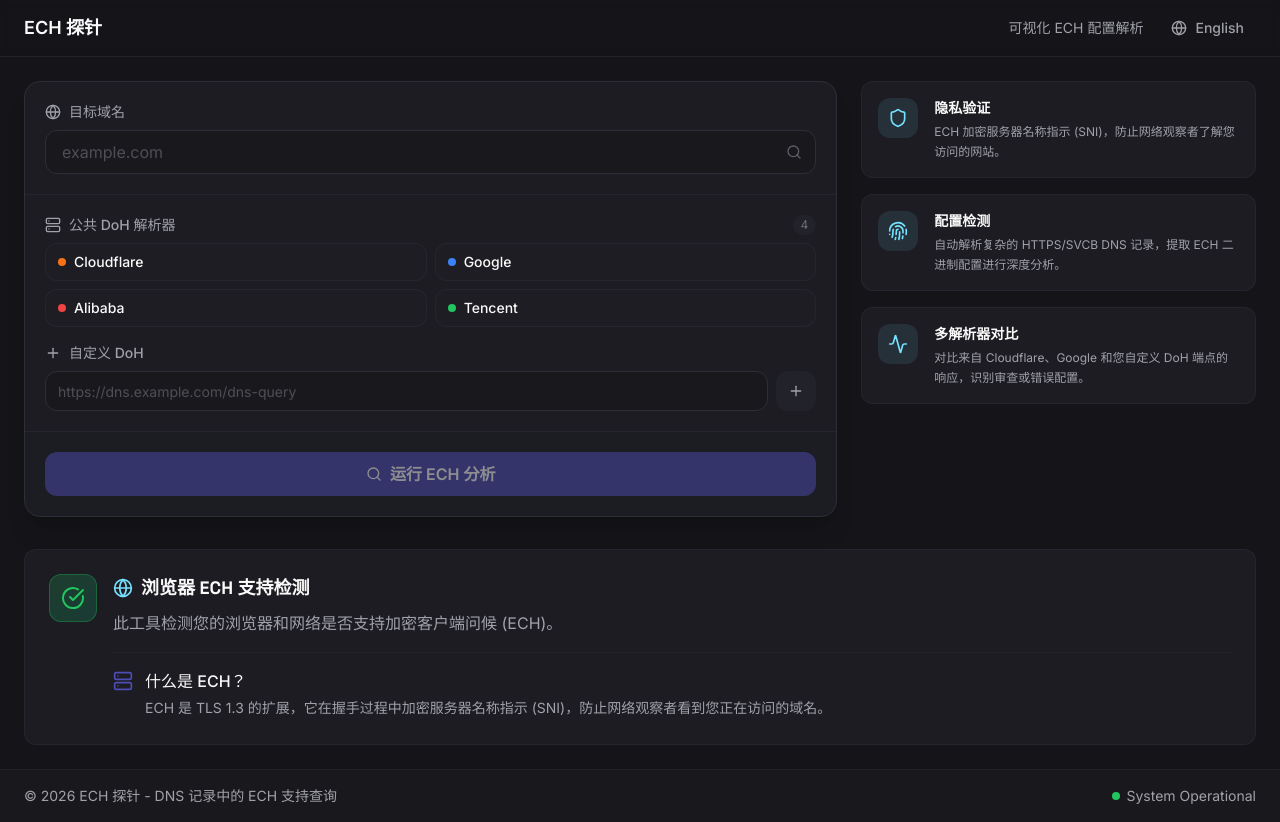
Repository: coolapijust/Ech-probe
Page: /
These files come from the project's save history. The page is drawn as it stood at one moment and after the next save; the edit follows.
The browser window is 1280 px wide. The pictures show the whole page.
The project was rebuilt for these pictures with package versions that can differ from the ones it lists, and the page was loaded fresh each time. The framework's server and built-in components were replaced by stand-ins that run in the browser. Also part of the build but not shown: next.config.mjs, src/components/ui/card.tsx, src/components/ui/table.tsx, src/components/ui/badge.tsx, src/components/ui/label.tsx, src/components/ECHProbe/ResultsDisplay.tsx.

Above is the page before, as saved 2026-03-13 20:09:56.

After the next save:
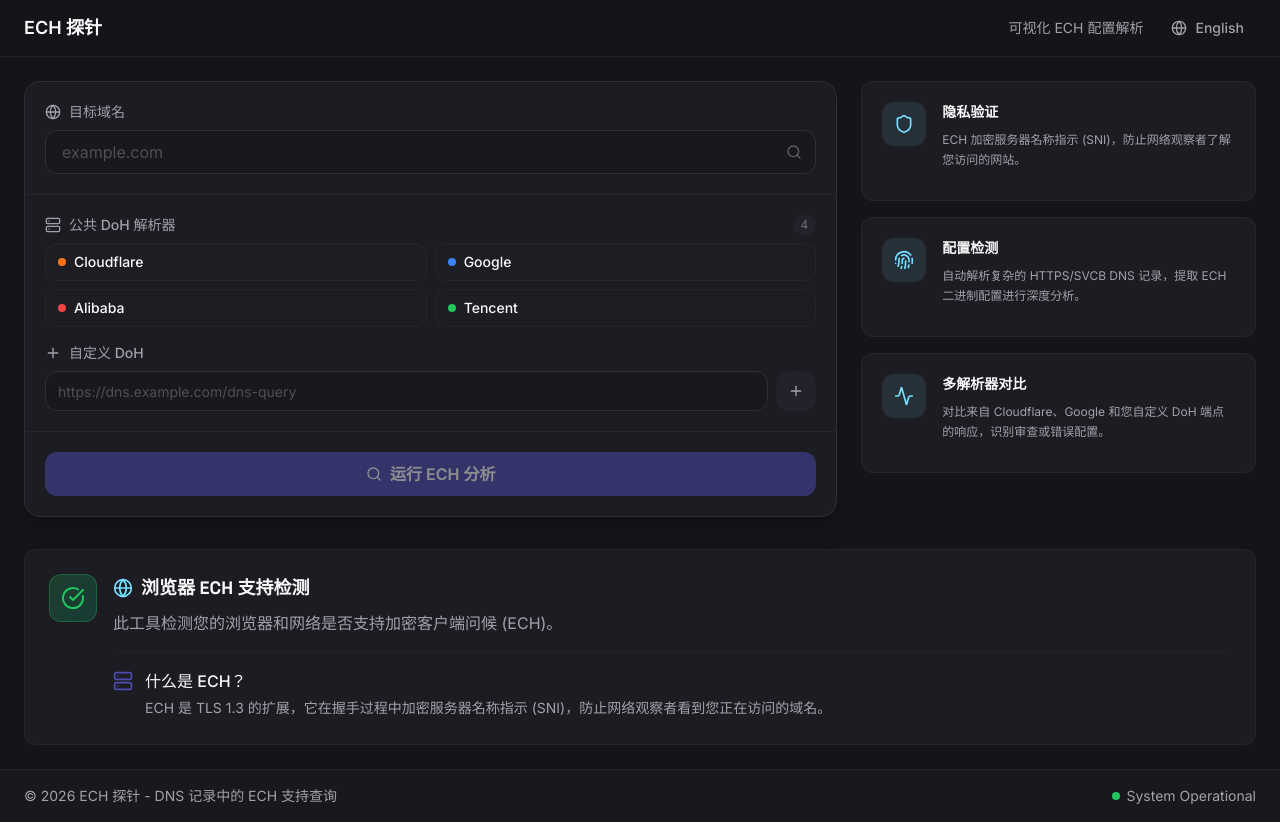
Saved 2 min 7 s later.
--- a/src/app/page.tsx
+++ b/src/app/page.tsx
@@ -135,12 +135,12 @@ export default function Home() {
 
 function FeatureCard({ icon, title, description }: { icon: React.ReactNode; title: string; description: string }) {
   return (
-    <div className="flex items-start gap-4 p-4 rounded-xl bg-card border border-border/50 hover:border-accent/30 transition-colors">
-      <div className="w-10 h-10 rounded-lg bg-accent/10 flex items-center justify-center text-accent shrink-0">
+    <div className="flex items-start gap-4 p-5 rounded-xl bg-card border border-border/50 hover:border-accent/30 transition-colors min-h-[120px]">
+      <div className="w-11 h-11 rounded-lg bg-accent/10 flex items-center justify-center text-accent shrink-0">
         {icon}
       </div>
       <div className="flex-1">
-        <h3 className="font-semibold text-sm mb-1">{title}</h3>
+        <h3 className="font-semibold text-sm mb-2">{title}</h3>
         <p className="text-xs text-muted-foreground leading-relaxed">{description}</p>
       </div>
     </div>
